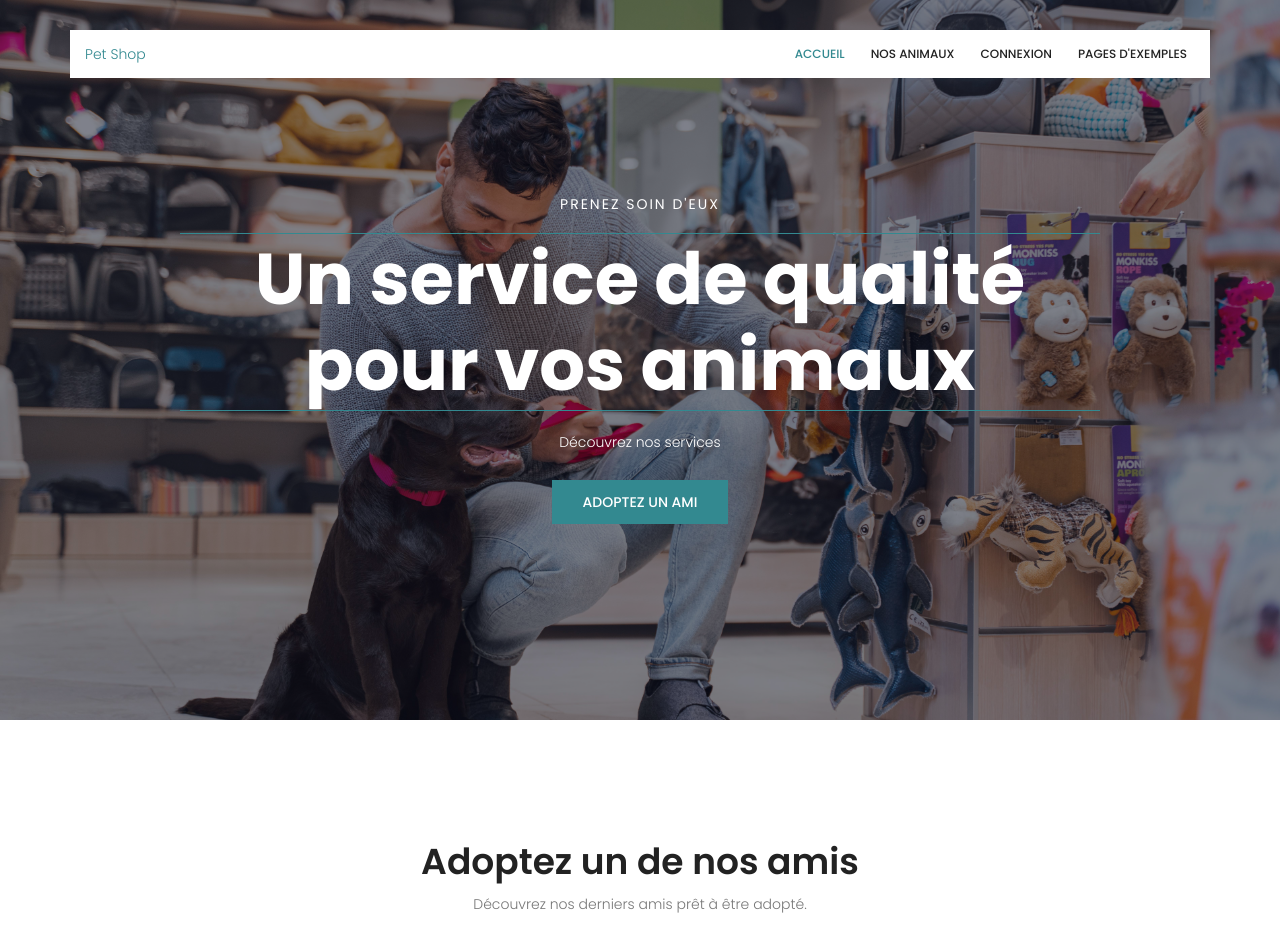
Repository: Nononolan45/CAT-FRONT
Page: index.html
These files come from the project's save history. The page is drawn as it stood at one moment and after the next save; the edit follows.
The browser window is 1280 px wide. The pictures show the part of the page from y = 0 to 952 px (the page is 3549 px tall).
The page's requests for data from a server got no answer. Backgrounds fixed to the window are drawn as part of the page. Some web libraries are served in a nearby version.

Above is the page before, as saved 2021-07-02 00:47:20.
Console error: TypeError: Cannot read properties of null (reading 'addEventListener')

After the next save:
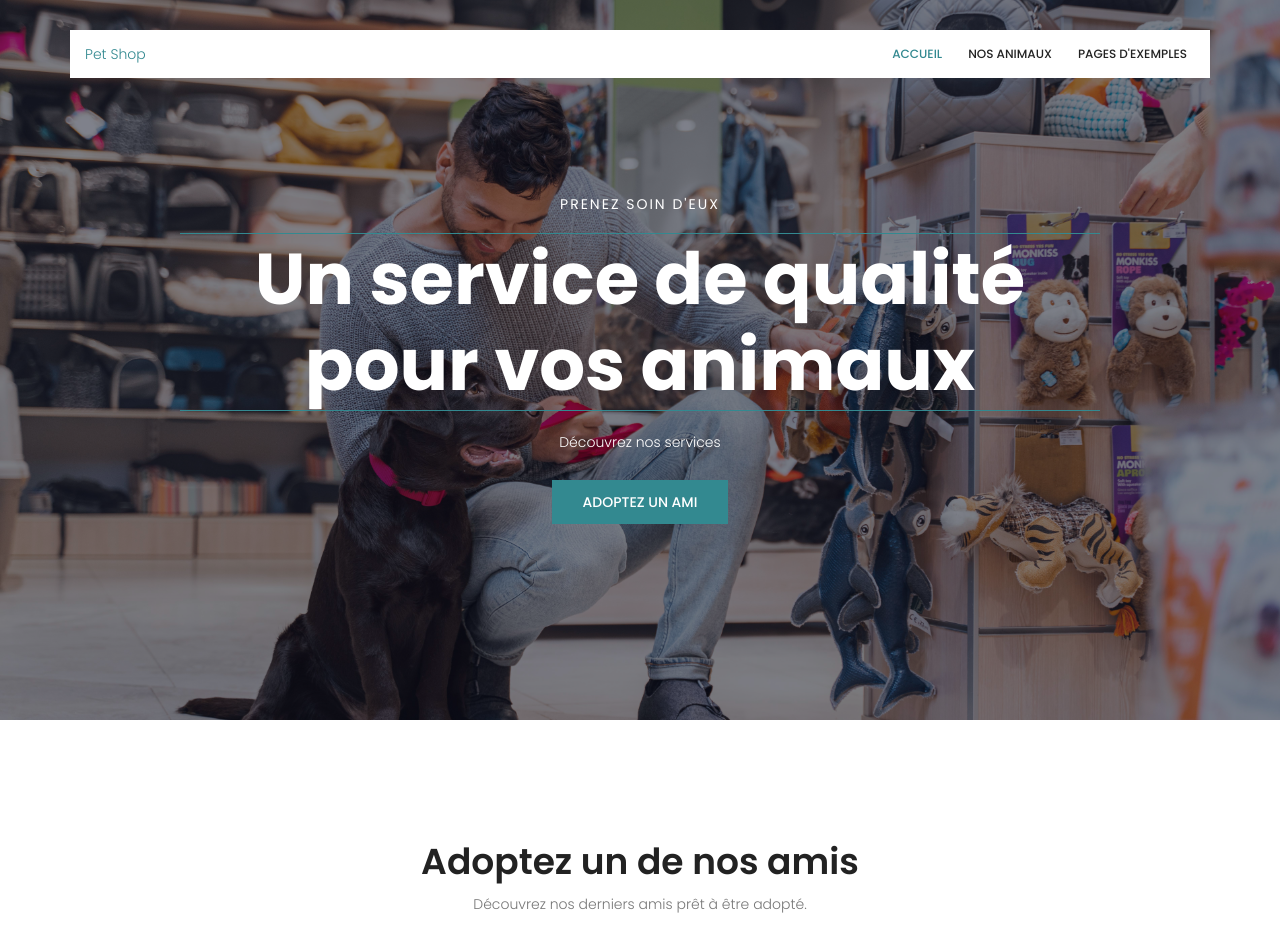
Console error: SyntaxError: Illegal return statement
Saved 2 min 13 s later.
--- a/index.html
+++ b/index.html
@@ -39,7 +39,8 @@
 							<ul class="nav-menu">
 								<li class="menu-active"><a href="index.html">Accueil</a></li>
 								<li><a href="liste-des-animaux.html">Nos animaux</a></li>
-								<li><a href="connexion.html">Connexion</a></li>
+								<script>if(localStorage.getItem("token")){return <li><a href="connexion.html">Connexion</a></li>}</script>
+
 								<li><a href="page-exemple/index.html">Pages d'exemples</a></li>
 							</ul>
 						</nav><!-- #nav-menu-container -->

After the 2 saves that followed:
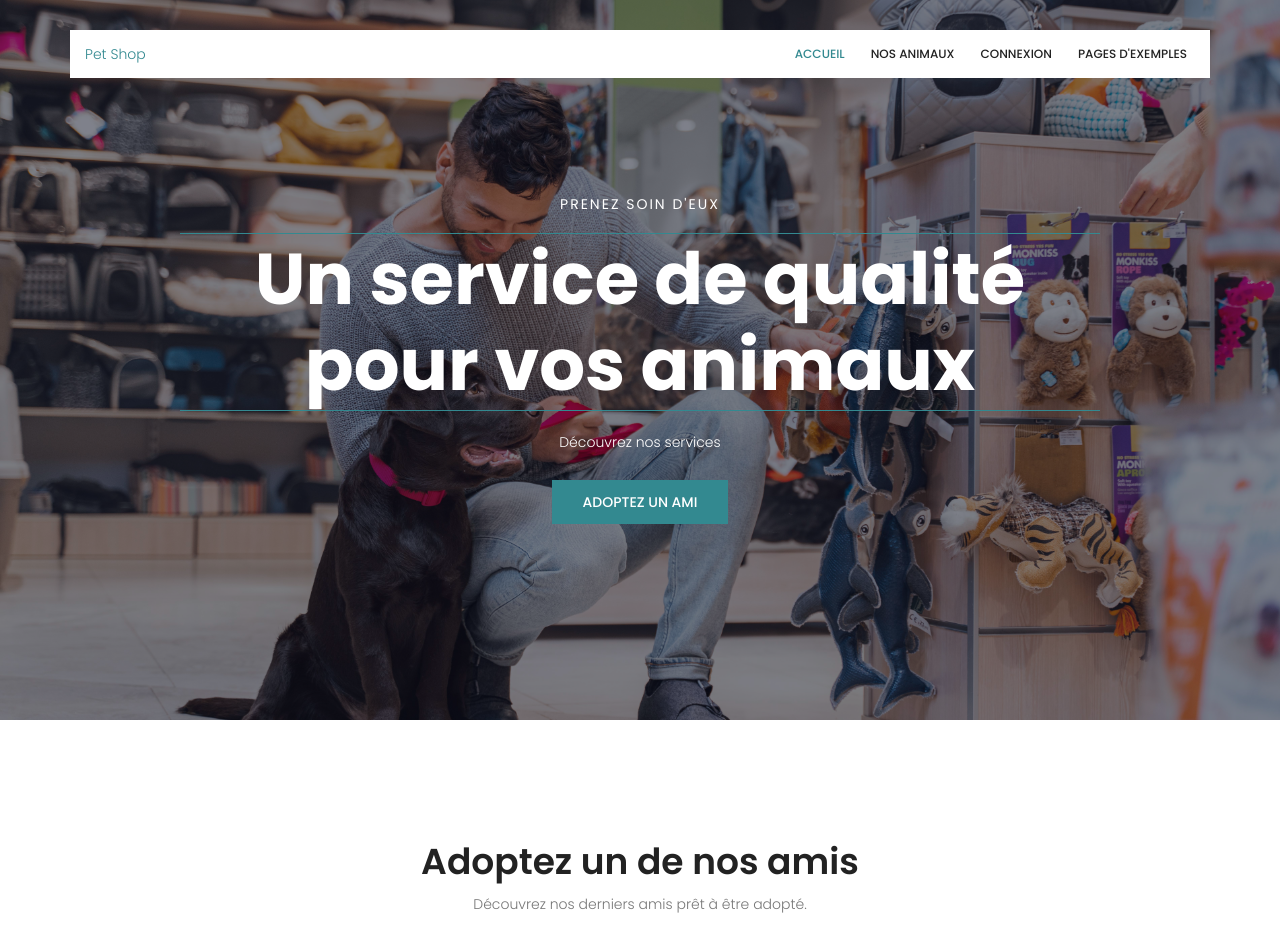
Console error: TypeError: Cannot read properties of null (reading 'addEventListener')
The 2 saves are shown as one change because 1 left the picture as it was.
The last was saved 34 s later.
--- a/index.html
+++ b/index.html
@@ -39,8 +39,7 @@
 							<ul class="nav-menu">
 								<li class="menu-active"><a href="index.html">Accueil</a></li>
 								<li><a href="liste-des-animaux.html">Nos animaux</a></li>
-								<script>if(localStorage.getItem("token")){return <li><a href="connexion.html">Connexion</a></li>}</script>
-
+								<li><a href="connexion.html">Connexion</a></li>
 								<li><a href="page-exemple/index.html">Pages d'exemples</a></li>
 							</ul>
 						</nav><!-- #nav-menu-container -->
